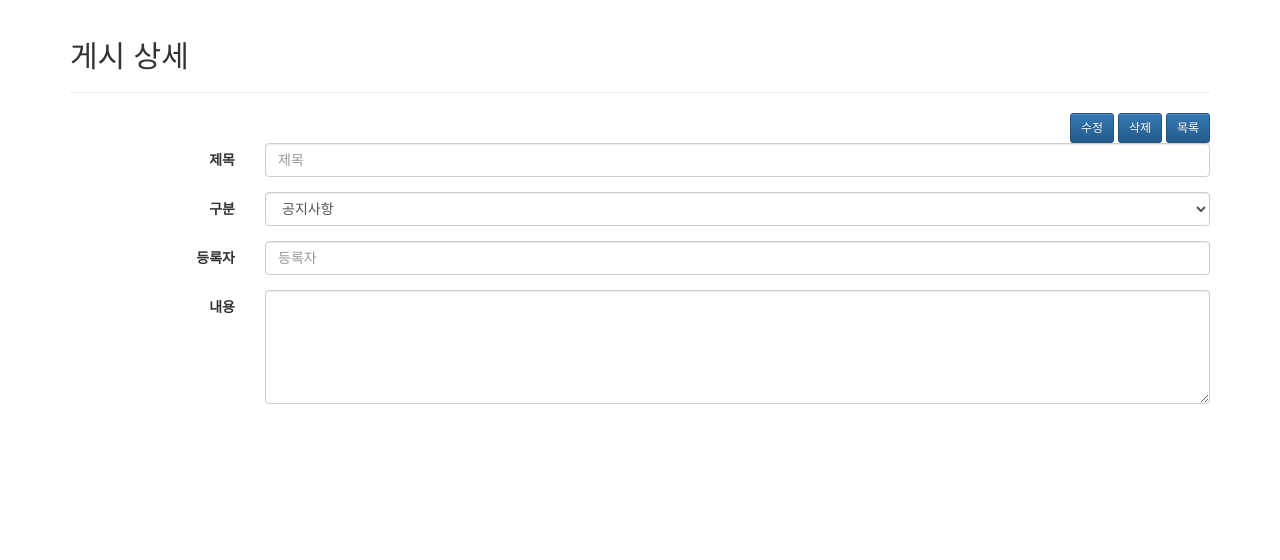
Repository: dongseon-git/WEB_JSP
Page: workspace/studyhtml5/WebContent/bootstrap/boot_list.html
An editor plug-in stored every save of this project. The page is shown before and after the next save, followed by the edit.
The browser window is 1280 px wide. The pictures show the whole page.

Above is the page before, as saved 2022-05-24 03:15:38.

After the next save:
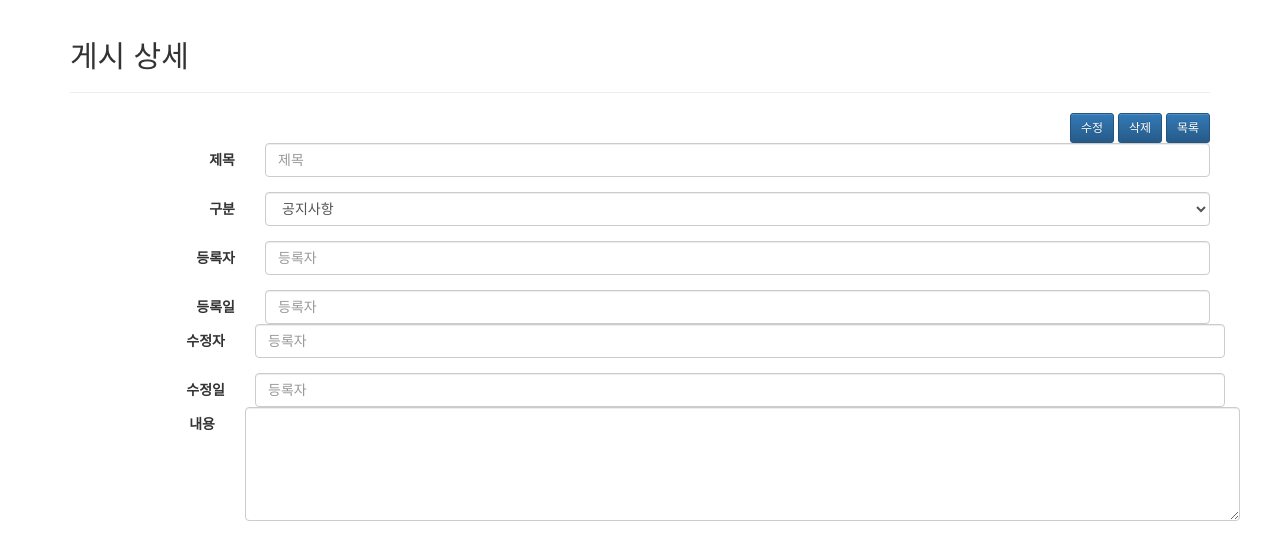
Saved 2 min 48 s later.
--- a/workspace/studyhtml5/WebContent/bootstrap/boot_list.html
+++ b/workspace/studyhtml5/WebContent/bootstrap/boot_list.html
@@ -41,9 +41,9 @@
         <div class="row text-right">
             <label class="col-sm-3 col-md-2 col-lg-2"></label>
             <div class="col-sm-9 col-md-10 col-lg-10">
-                <input type="button" class="btn btn-primary btn-sm" value="수정">
-                <input type="button" class="btn btn-primary btn-sm" value="삭제">
-                <input type="button" class="btn btn-primary btn-sm" value="목록">
+                <input type="button" class="btn btn-primary btn-sm" value="수정"/>
+                <input type="button" class="btn btn-primary btn-sm" value="삭제"/>
+                <input type="button" class="btn btn-primary btn-sm" value="목록"/>
             </div>
         </div>
         <!--//버튼 -------------------------------------------->
@@ -70,6 +70,22 @@
                     <input type="text" maxlength="100" name="regId" id="regId" placeholder="등록자" class="form-control">
                 </div>
             </div>
+            <div class="form-group">
+                <label for="regDt" class="col-sm-3 col-md-2 col-lg-2 control-label">등록일</label>
+                <div class="col-sm-9 col-md-10 col-lg-10">
+                    <input type="text" maxlength="100" name="regDt" id="regDt" placeholder="등록자" class="form-control">
+                </div>
+                  <div class="form-group">
+                <label for="modId" class="col-sm-3 col-md-2 col-lg-2 control-label">수정자</label>
+                <div class="col-sm-9 col-md-10 col-lg-10">
+                    <input type="text" maxlength="100" name="modId" id="modId" placeholder="등록자" class="form-control">
+                </div>
+            </div>
+            <div class="form-group">
+                <label for="modDt" class="col-sm-3 col-md-2 col-lg-2 control-label">수정일</label>
+                <div class="col-sm-9 col-md-10 col-lg-10">
+                    <input type="text" maxlength="100" name="modDt" id="modDt" placeholder="등록자" class="form-control">
+                </div>
             <!-- 내용 -->
             <div class="form-group">
                 <label for="contents" class="col-sm-3 col-md-2 col-lg-2 control-label">내용</label>
